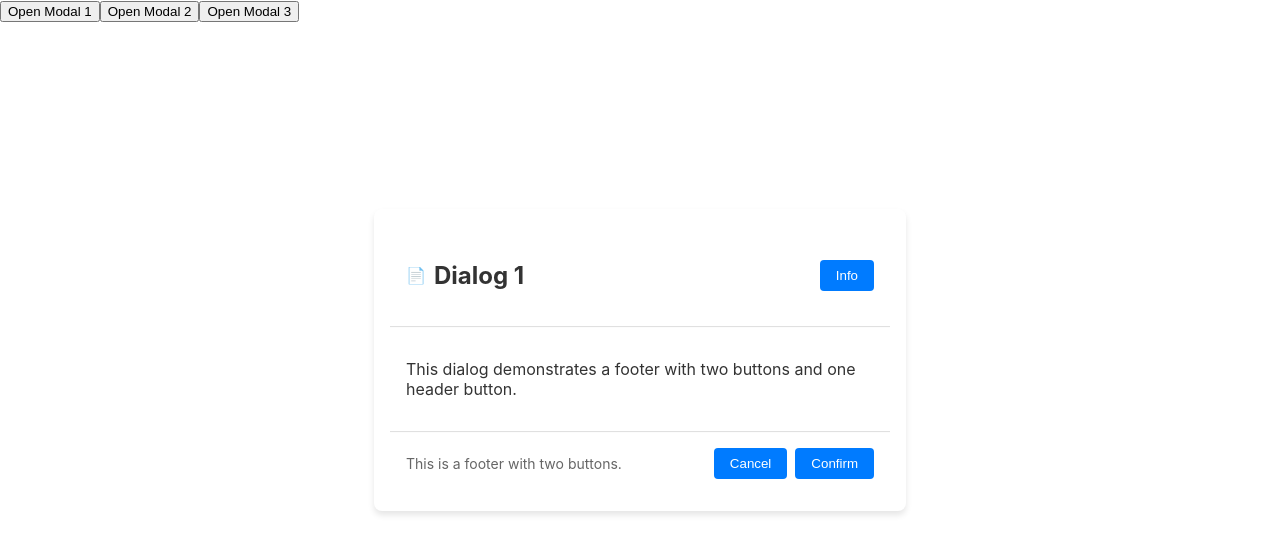
Repository: OliverKostic/dialog-app
Page: /, after clicking the first element matching `button`
An editor plug-in stored every save of this project. The page is shown before and after a run of saves, followed by the edit.
The browser window is 1280 px wide. The pictures show the whole page.
The project was rebuilt for these pictures with package versions that can differ from the ones it lists, and the page was loaded fresh each time.

Above is the page before, as saved 2024-11-28 12:34:44.

After the next 4 saves:
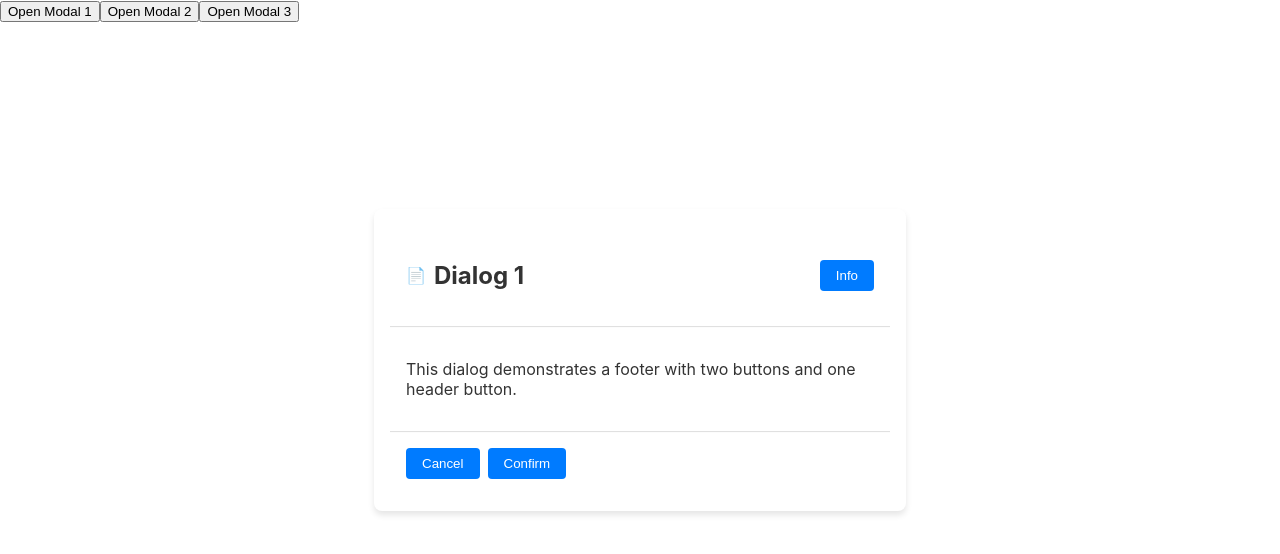
The 4 saves are shown as one change because they came seconds apart.
The last was saved 12 s later.
--- a/src/components/Modal/Footer.tsx
+++ b/src/components/Modal/Footer.tsx
@@ -4,13 +4,13 @@ import styles from './Modal.module.scss';
 
 interface FooterProps {
   buttons?: React.ReactNode[];
-  additional: string; // Optional descriptive text in the footer
+  additionalText?: string; // Optional descriptive text in the footer
 }
 
-const Footer: React.FC<FooterProps> = ({ buttons, description }) => {
+const Footer: React.FC<FooterProps> = ({ buttons, additionalText }) => {
   return (
     <div className={styles.footer}>
-      {description && <div className={styles.description}>{description}</div>}
+      {additionalText && <div className={styles.description}>{additionalText}</div>}
       {buttons && <ButtonGroup buttons={buttons} />} {/* Wrap buttons with ButtonGroup */}
     </div>
   );

After the save that followed:
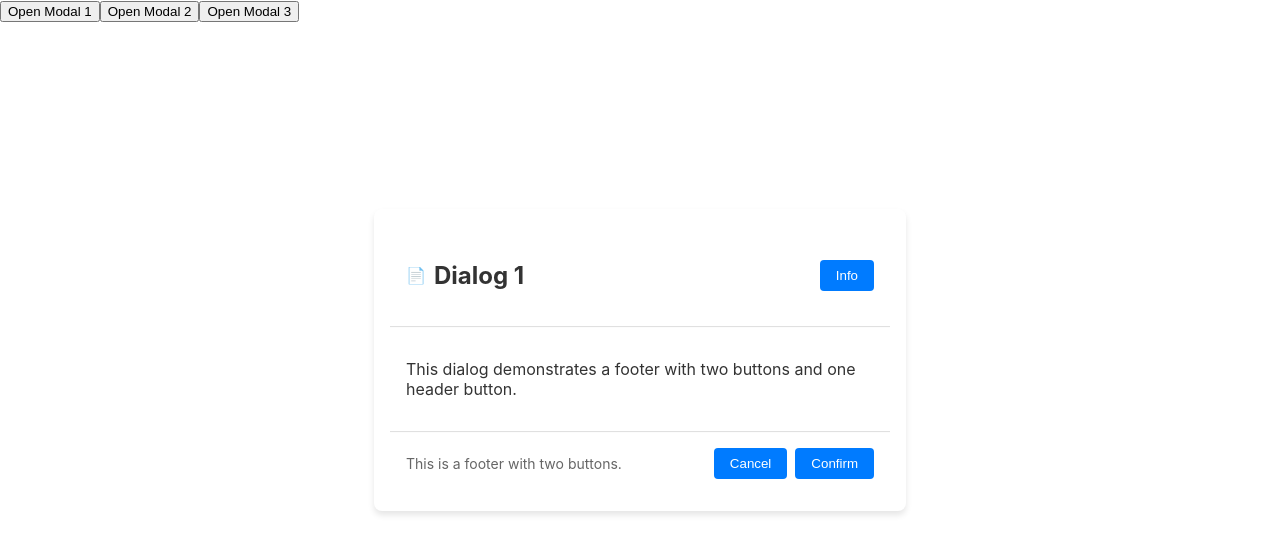
Saved 15 s later.
--- a/src/components/Modal/Modal.tsx
+++ b/src/components/Modal/Modal.tsx
@@ -27,7 +27,7 @@ const Modal: React.FC<ModalProps> = ({
     <div className={styles.modal}>
       <Header title={title} icon={icon} buttons={headerButtons} />
       <Content>{children}</Content>
-      <Footer buttons={footerButtons} description={description} />
+      <Footer buttons={footerButtons} additionalText={description} />
     </div>
   );
 };
